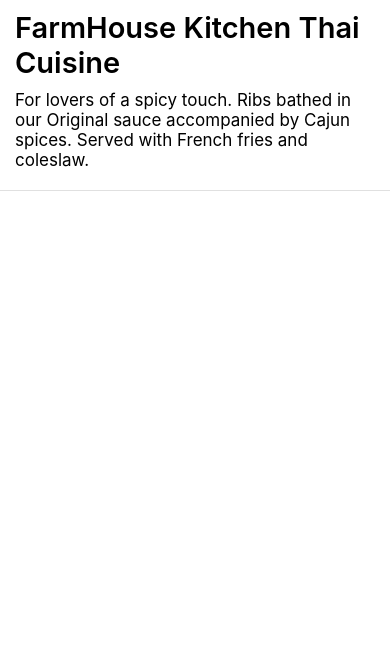
Repository: remydev47/ubereats-frontend
Screen: /RestaurantDetails
The author's editor kept a copy of each file at every save. The screen is drawn from the files as they stood at one save, then again after the next save.
The pictures show rows 180 to 844 of an output 844 px tall.
The app was drawn by React Native's web renderer in a window 390 px wide. The project was rebuilt for these pictures with package versions that can differ from the ones it lists, and the page was loaded fresh each time. Also part of the build but not shown: components/Home/HeaderTabs.js, components/Home/SearchBar.js, components/Home/Categories.js, components/Home/RestaurantItems.js, components/Home/BottomTabs.js, Screens/Home.js.

Above is the screen before, as saved 2022-05-29 22:47:51.

After the next save:
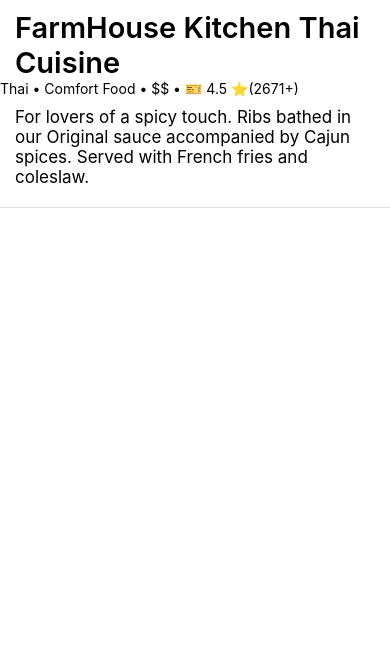
Saved 10 min 12 s later.
--- a/components/restaurantDetails/About.js
+++ b/components/restaurantDetails/About.js
@@ -4,6 +4,8 @@
 const image = "https://notjustdev-dummy.s3.us-east-2.amazonaws.com/uber-eats/restaurant2.jpeg";
 
 const title = "FarmHouse Kitchen Thai Cuisine"
+
+const detail = "Thai • Comfort Food • $$ • 🎫 4.5 ⭐(2671+)"
 
 const description = "For lovers of a spicy touch. Ribs bathed in our Original sauce accompanied by Cajun spices. Served with French fries and coleslaw."
 
@@ -13,7 +15,8 @@
     <View>
       <RestaurantImage image={image}/>
       <RestaurantTitle title={title}/>
-        <RestaurantDescription description={description} />
+      <Restaurantdetails details={detail}/>
+      <RestaurantDescription description={description} />
     </View>
   )
 }
@@ -38,6 +41,13 @@
     </View>
   )
 }
+const Restaurantdetails = (props) => {
+  return(
+    <Text>
+      {props.details}
+    </Text>
+  )
+}
 
 const RestaurantDescription = (props) => {
   return (
